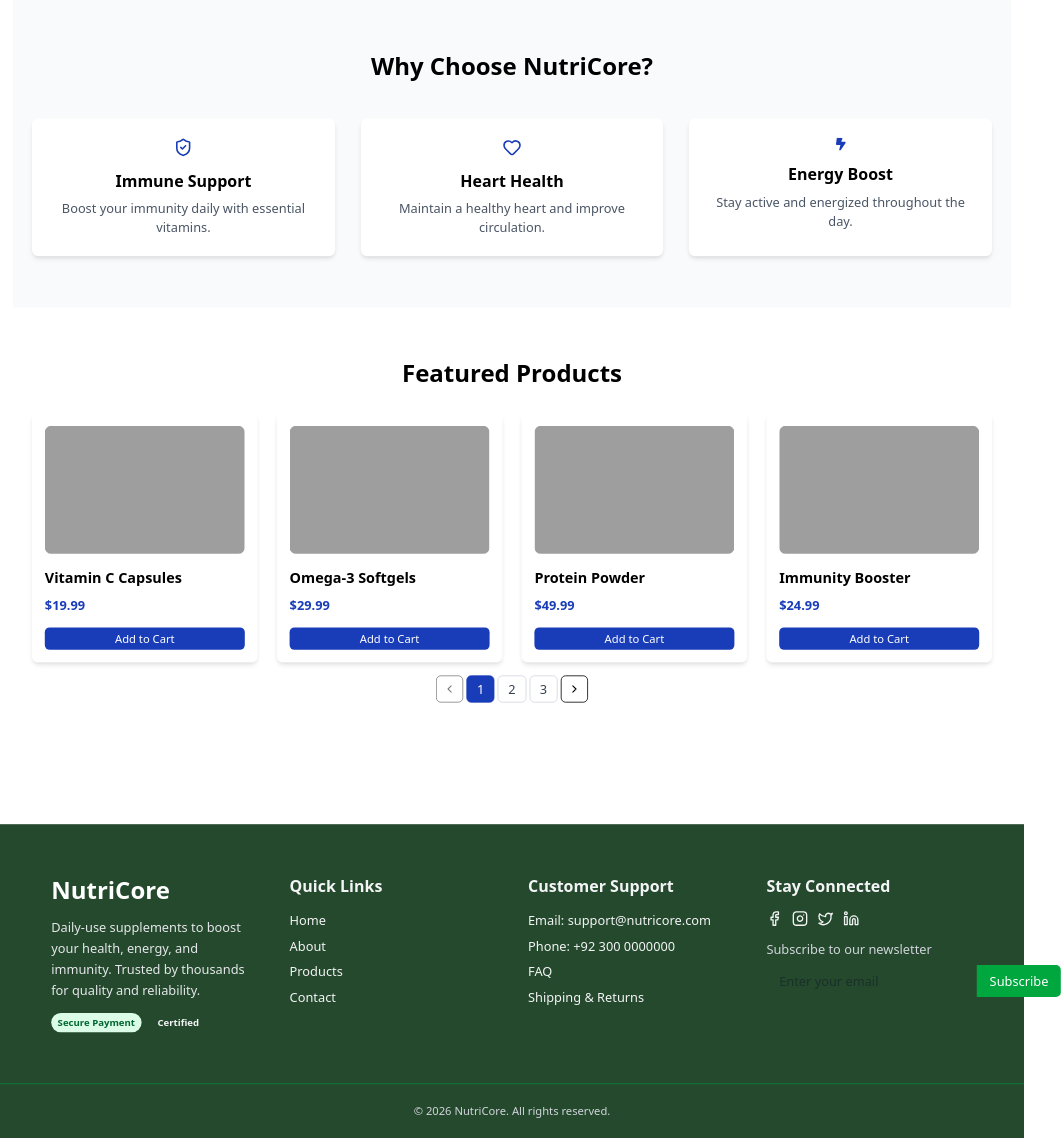
Repository: A-Nawaz512/NutriCore
Page: / (app in frontend/)
The author's editor kept a copy of each file at every save. The page is drawn from the files as they stood at one save, then again after a run of saves.
The browser window is 1280 px wide. The page is 1326 px wide, so the pictures cover 1326 px, including what lies to the right of the window. The pictures show the part of the page from y = 664 to 2087 px (the page is 2087 px tall), at 80% of full size.
Pictures or frames that could not be fetched are drawn as grey boxes. The project was rebuilt for these pictures with package versions that can differ from the ones it lists, and the page was loaded fresh each time. Also part of the build but not shown: frontend/vite.config.ts.

Above is the page before, as saved 2026-02-17 19:17:47.

After the next 2 saves:
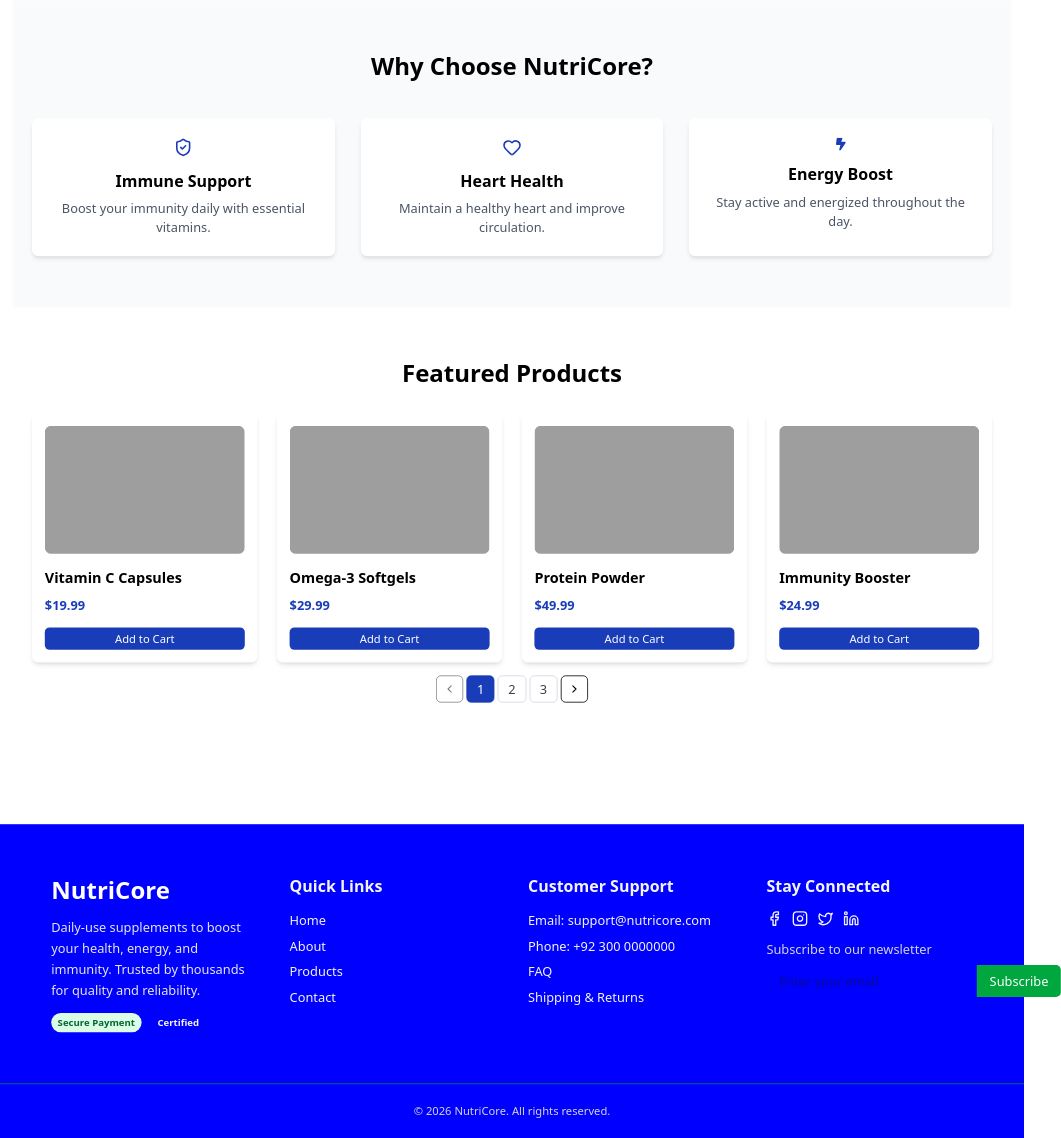
The 2 saves are shown as one change because they came seconds apart.
The last was saved 68 s later.
--- a/frontend/src/shared/components/layout/Footer.tsx
+++ b/frontend/src/shared/components/layout/Footer.tsx
@@ -5,7 +5,7 @@ import { Facebook, Instagram, Twitter, Linkedin } from "lucide-react"
 
 const Footer: FC = () => {
   return (
-    <footer className="bg-[#25492D] text-gray-100 mt-16">
+    <footer className="bg-[blue] text-gray-100 mt-16">
       <div className="container mx-auto py-16 px-8 md:px-16 grid md:grid-cols-4 gap-10">
         {/* Branding */}
         <div className="space-y-4">
